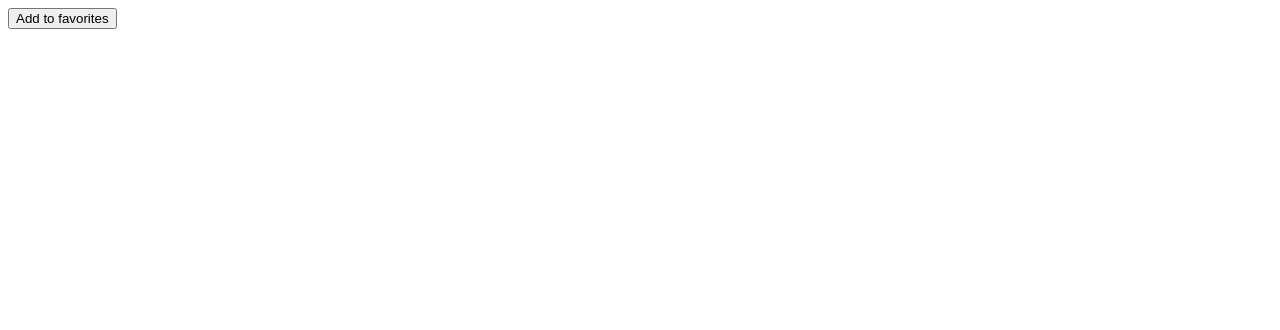
Repository: Jok98/CentriVaccinaliWebApp
Page: http://localhost/CentriVaccinaliOperatori/
The author's editor kept a copy of each file at every save. The page is drawn from the files as they stood at one save, then again after the next save.
The browser window is 1280 px wide. The pictures show the whole page.
The page is served by Tomcat 9.

Above is the page before, as saved 2022-09-24 13:26:42.

After the next save:
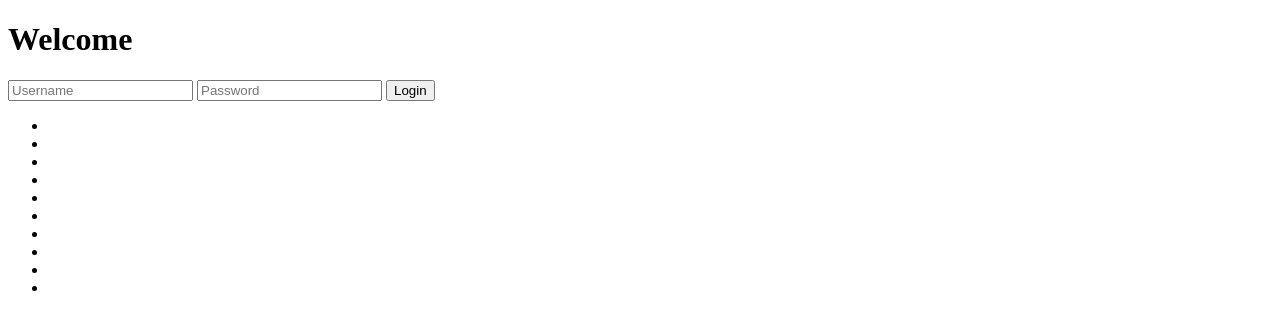
Saved 39 s later.
--- a/CentriVaccinaliOperatori/src/main/webapp/index.jsp
+++ b/CentriVaccinaliOperatori/src/main/webapp/index.jsp
@@ -4,11 +4,32 @@
 <html>
 <head>
 <meta charset="ISO-8859-1">
-
-
 <title>Operatori Centri Vaccinali</title>
 </head>
 <body>
-<input class="button" type="button" value="Add to favorites">
+<div class="wrapper">
+  <div class="container">
+    <h1>Welcome</h1>
+
+    <form class="form">
+      <input type="text" placeholder="Username">
+      <input type="password" placeholder="Password">
+      <button type="submit" id="login-button">Login</button>
+    </form>
+  </div>
+
+  <ul class="bg-bubbles">
+    <li></li>
+    <li></li>
+    <li></li>
+    <li></li>
+    <li></li>
+    <li></li>
+    <li></li>
+    <li></li>
+    <li></li>
+    <li></li>
+  </ul>
+</div>
 </body>
 </html>
